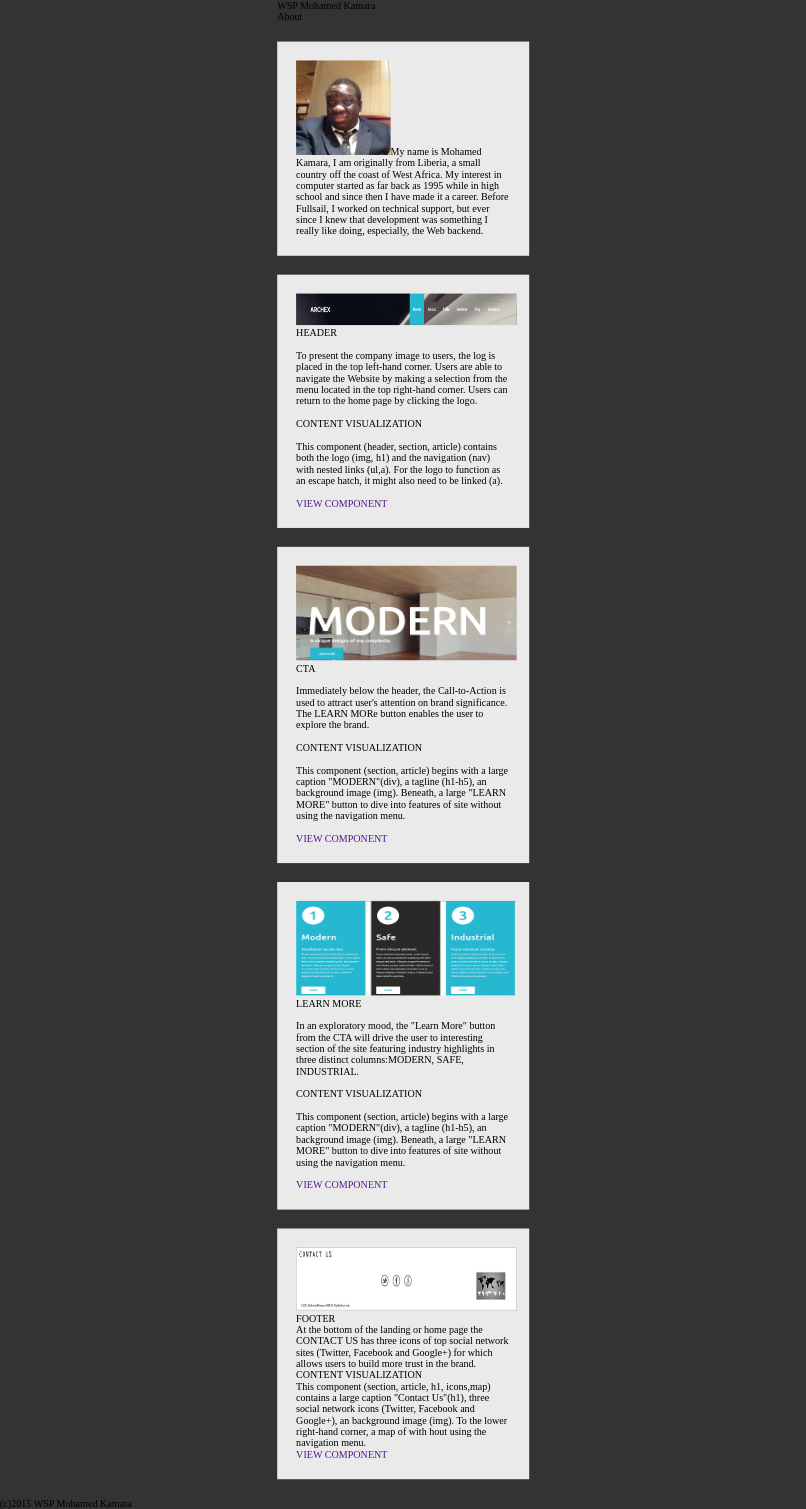
Repository: makamara/WSP_Project
Page: wsp/index.html
An editor plug-in stored every save of this project. The page is shown before and after the next save, followed by the edit.
The browser window is 1280 px wide. The pictures show the whole page, at 63% of full size.

Above is the page before, as saved 2015-09-15 17:31:55.

After the next save:
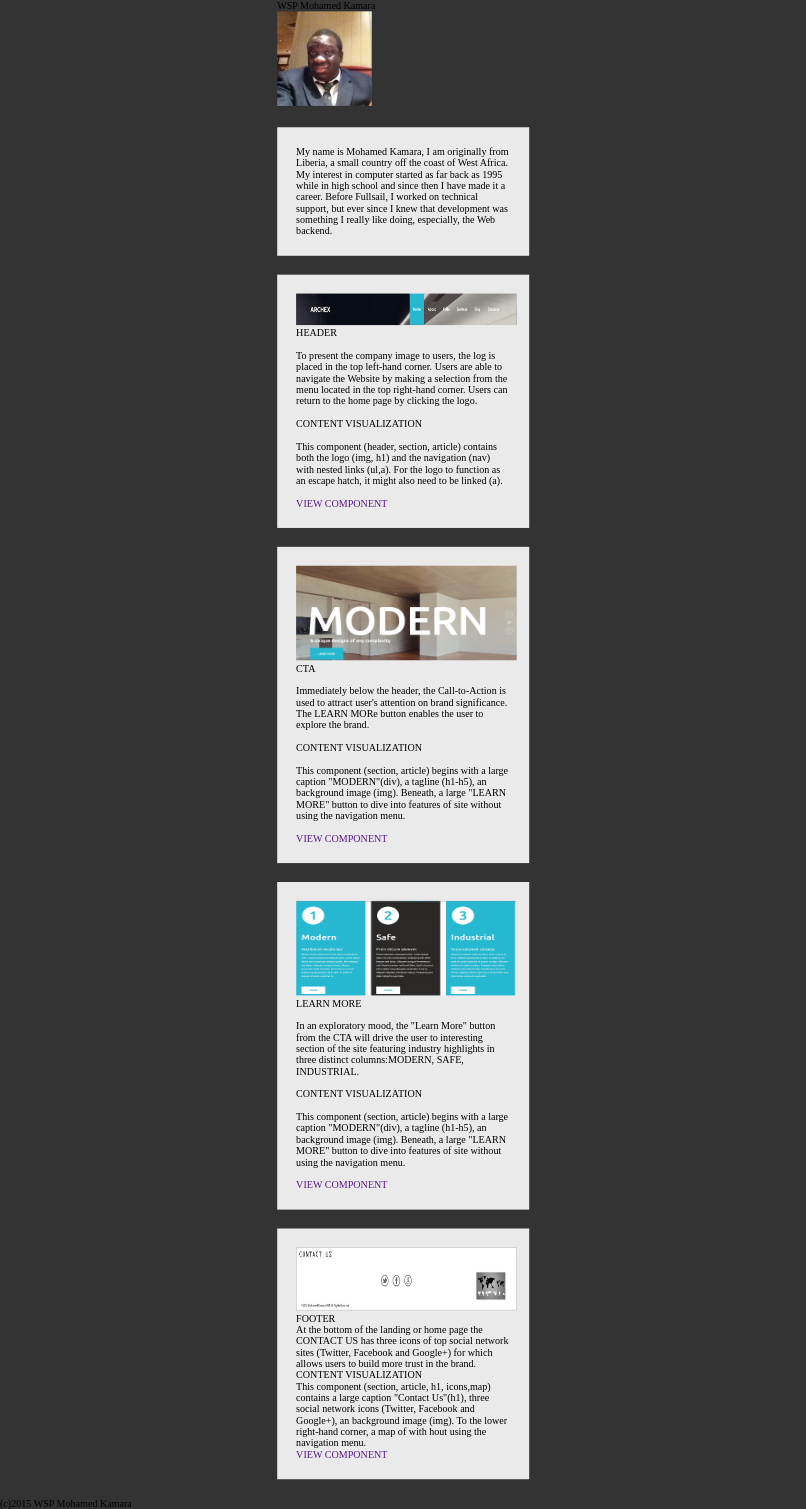
Saved 2 min 9 s later.
--- a/wsp/index.html
+++ b/wsp/index.html
@@ -10,17 +10,17 @@
 
 	<!-- Header -->
 	<header>
-		<h1>WSP Mohamed Kamara</h1>
+
 	</header>
 
 	<!-- About -->
 	<section>
-		<h1>About</h1>
+		<h1>WSP Mohamed Kamara</h1>
 		<div class="image">
-
+			<img src="images/art_pix.jpg" alt="Mohamed Kamara" width="150" height="150" />
 		</div>
 		<article>
-		<p><img src="images/art_pix.jpg" alt="Mohamed Kamara" width="150" height="150" />My name is Mohamed Kamara, I am originally from Liberia, a small country off the coast of West Africa. My interest in computer
+		<p>My name is Mohamed Kamara, I am originally from Liberia, a small country off the coast of West Africa. My interest in computer
 		started as far back as 1995 while in high school and since then I have made it a career. Before Fullsail, I worked on technical
 		support, but ever since I knew that development was something I really like doing, especially, the Web backend.
 		</p>
